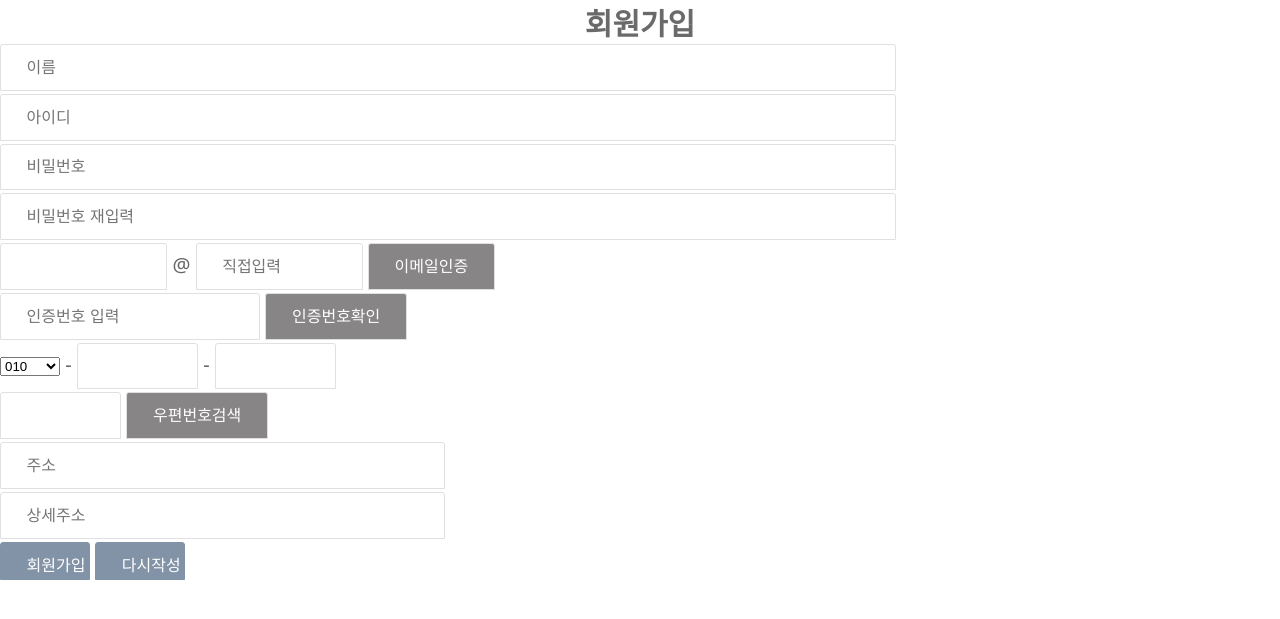
Repository: keepsus/gaebokchi
Page: http://localhost/uzuslime/member/memberWriteForm.jsp
An editor plug-in stored every save of this project. The page is shown before and after the next save, followed by the edit.
The browser window is 1280 px wide. The pictures show the whole page.
Some web fonts or font styles are not loaded; a fallback is used. The page is served by Tomcat 9. Nobody is signed in. The application's start-up code is not run. Other server files are loaded and not shown.

Above is the page before, as saved 2021-02-12 11:05:28.

### uzuslime/src/main/webapp/member/memberWriteForm.jsp
<%@ page language="java" contentType="text/html; charset=UTF-8"
    pageEncoding="UTF-8"%>

    <link rel="stylesheet" href="/slime/css/memberWriteForm.css">
    <link rel="preconnect" href="https://fonts.gstatic.com">
    <link href="https://fonts.googleapis.com/css2?family=Raleway:ital,wght@0,200;0,300;0,400;0,500;1,300;1,400&display=swap" rel="stylesheet">


<form name="memberWriteForm" method="post" action="/slime/member/write">
	<div>
	    <h2 class="modal-header" style="text-align:center; color:rgba(63, 62, 62, 0.774);;">회원가입</h2>
	</div>


	<article name="memberSignUpForm" class="signUpForm" >
	    <div class="input-text">
	        <input type="text" id="member_name" name="member_name" size="25" placeholder="이름" autocomplete=”off”>
	        <div id="nameDiv"></div>
	    </div>


	    <div class="input-text">
	        <input type="text" class="member_id" id="member_id" name="member_id" size="25" placeholder="아이디" autocomplete=”off”>
	        <input type="hidden" id="check" value="">
	      <div id="idDiv"></div>

	    </div>


	    <div class="input-text">
	        <input type="password" class="sign-pwd" name="member_pw" size="25" placeholder="비밀번호">
	        <div id="pwdDiv"></div>
	    </div>


	    <div class="input-text">
	        <input type="password" class="sign-repwd" name="repw" size="25" placeholder="비밀번호 재입력">
	        <div id="repwdDiv"></div>
	    </div>


	    <div class="signUp-email-form">
	        <input type="text" class="sign-email1" id="email1" name="email1" size="10">
	        @
	        <input type="email" class="sign-email2" list="email2" id="email2" name="email2"  placeholder="직접입력" size="10">
	        <datalist id="email2">
	            <option value="gmail.com">
	            <option value="naver.com">
	            <option value="hanmail.net">
	        </datalist>
	        <input type="button" id="emailBtn" name="emailBtn" class="emailBtn" value="이메일인증"><br>
	         <input type="text" class="checkEmail" id="checkEmail" name="checkEmail" placeholder="인증번호 입력" autocomplete=”off”>
	         <input type="hidden" id="checkEmailR" value="">
	        <input type="button" id="emailCheckBtn" class="emailCheckBtn" value="인증번호확인" ><br>
	    </div>
		<div id="emailDiv"></div>

	    <div class="signUp-phone-form">
	        <select name="tel1" class="sign-tel1" style="width: 60px;">
	            <option value="010">010
	            <option value="011">011
	            <option value="019">019
	        </select>
	         -
	         <input type="text" class="sign-tel2" name="tel2" size="5">
	         -
	         <input type="text" class="sign-tel3" name="tel3" size="5">
	    </div>


	    <div class="signUp-address-form">
	        <input type="text" class="sign-post" id="postcode" name="zipcode" size="5" readonly>
	        <input type="button" id="checkPostBtn" class="checkPostBtn" value="우편번호검색"><br>
	        <input type="text" class="sign-address" id="address" name="addr1" size="40"  readonly placeholder="주소"><br>
	        <input type="text" class="sign-detail" id="detailAddress" name="addr2" size="40" placeholder="상세주소">
	    </div>


	    <div class="signUp-btn-box">
	        <input type="button" id="writeBtn" class="writeBtn" value="회원가입">
	        <input type="reset" value="다시작성">
	    </div>
	</article>

	<input type="hidden" name="email_key" value="0">
	<input type="hidden" name="admin_yn" value="0">

</form>
<script type="text/javascript" src="https://code.jquery.com/jquery-3.5.1.min.js"></script>
<script type="text/javascript" src="/slime/js/member.js?ver=1"></script>

### uzuslime/src/main/webapp/css/memberWriteForm.css
@charset "UTF-8";
* {
    margin: 0px;
    padding: 0px;
    box-sizing: border-box;
}

html {
    background-color: #fff;
    color: rgba(85, 85, 85, 0.897);
    font-family: 'Raleway','Noto Sans Korean','Apple SD Gothic Neo', 'Malgun Gothic','Nanum Gothic', 'Noto Sans','sans-serif';
    font-weight: 300px;
    font-size: 20px;
    text-rendering: optimizeLegibility;
    /* 반응형 웹사이트를 만드려고 기준으로 두었다. 폰트사이즈를 20px을 기본으로 주면 다른 태그에서 %를 사용해서 변경해주면
    폰트 사이즈를 바꿔줄때마다 웹사이트의 폰트 사이즈가 자동으로 바뀔 것이다. */
}

.modal-header{
	margin-botton: 8%;

}

.memberSignUpForm{
	text-align: center;
}

.input-text input{
    width: 70%;
    padding: 1% 2%;
    line-height: 1.2;
    border-radius: 3px 3px 0 0;
    border: 1px solid #e0e0e0;
    font-size: 80%;
    margin-bottom: 3px;
}

.emailBtn,.emailCheckBtn,.checkPostBtn{
    background-color: #fff;
    color: rgba(85, 85, 85, 0.897);
    border: 1px solid #e0e0e0;
    text-decoration: none;
    cursor: pointer;
    border-radius: 3px 3px 0 0;
}

.emailBtn,.emailCheckBtn,.checkPostBtn,.writeBtn:hover{
    transition: 0.4s;
    background-color: rgba(78, 76, 76, 0.678);
    color: white;
}

.signUp-email-form input {
	padding: 1% 2%;
    line-height: 1.2;
    border-radius: 3px 3px 0 0;
    border: 1px solid #e0e0e0;
    font-size: 80%;
    margin-bottom: 3px;
}

.signUp-phone-form input {
	padding: 1% 2%;
    line-height: 1.2;
    border-radius: 3px 3px 0 0;
    border: 1px solid #e0e0e0;
    font-size: 80%;
    margin-bottom: 3px;
}

.signUp-address-form input {
	padding: 1% 2%;
    line-height: 1.2;
    border-radius: 3px 3px 0 0;
    border: 1px solid #e0e0e0;
    font-size: 80%;
    margin-bottom: 3px;
}

.signUp-btn-box input{
	padding: 1% 2%;
    line-height: 1.2;
    border-radius: 3px 3px 0 0;
    border: 1px solid #8393a7;
    background-color: #8393a7;
    font-size: 80%;
    color :white;
    margin-bottom: 3px;
    width: 90px;
    height:38px;
    cursor:pointer;
}

### uzuslime/src/main/webapp/js/member.js
//로그인
$('#loginBtn').click(function(){
	$('#loginIdDiv').empty();
	$('#loginPwdDiv').empty();

	if($('#loginId').val()==''){
		$('#loginIdDiv').text('아이디를 입력')
						.css('color','red')
						.css('font-size','8pt')
						.css('font-weight','bold');

	}else if($('#loginPwd').val()==''){
		$('#loginPwdDiv').text('비밀번호를 입력')
						 .css('color','red')
						 .css('font-size','8pt')
						 .css('font-weight','bold');
	}else{
		$.ajax({
			type : 'post',
			url: '/slime/member/login',
			data: {'member_id': $('#loginId').val(), 'pwpwpw': $('#loginPwd').val()},

			dataType: 'text',
			success: function(data){
				if(data == 'success'){
					location.href = '/slime/index.jsp';

				}else if(data == 'fail'){

					alert('잘못된 정보입니다. 다시 입력해주세요.');
				}
			},//success
			error: function(err){
				console.log(err);
			}//error

		});//ajax
	}//else
});//click

//회원가입
$('#writeBtn').click(function(){
	$('#nameDiv').empty();
	$('#idDiv').empty();
	$('#pwdDiv').empty();
	$('#repwdDiv').empty();
	$('#emailDiv').empty();
	var idReg = /^[A-za-z0-9]/g;
	//아이디 한글못넣게 하는 것
	//[영문 대문자 또는 소문자로 시작하는 아이디, 끝날때 제한 없음]

	//if($('#name').val()==''){ -> 방법 1
	//if($('input[id=member_name]').val()==''){ -> 방법 2
	//id 속성이용은 2가지 방법 모두 가능
	if($('input[id=member_name]').val()==''){
		$('#nameDiv').text('이름을 입력하세요');
		$('#nameDiv').css('color','red');
		$('#nameDiv').css('font-size','8pt');
		$('#nameDiv').css('font-weight','bold');

	}else if($('#member_id').val()==''){	//id 속성이용
		$('#idDiv').text('아이디를 입력하세요');
		$('#idDiv').css('color','red');
		$('#idDiv').css('font-size','8pt');
		$('#idDiv').css('font-weight','bold');

	}else if( !idReg.test( $("input[id=member_id]").val() ) ){
		$('#idDiv').text('아이디는 영문자로 시작하는 6~20자 영문자 또는 숫자이어야 합니다.');
		$('#idDiv').css('color','red');
		$('#idDiv').css('font-size','8pt');
		$('#idDiv').css('font-weight','bold');

	}else if($('input[name=member_pw]').val()==''){
		$('#pwdDiv').text('비밀번호를 입력하세요')
		$('#pwdDiv').css('color','red')
		$('#pwdDiv').css('font-size','8pt')
		$('#pwdDiv').css('font-weight','bold');

	}else if($('input[name=repw]').val() != $('input[name=member_pw]').val()){
		$('#repwdDiv').text('비밀번호가 맞지 않습니다')
		$('#repwdDiv').css('color','red')
		$('#repwdDiv').css('font-size','8pt')
		$('#repwdDiv').css('font-weight','bold');

	}else if($('#member_id').val() != $('#check').val()){
		$('#idDiv').text('중복체크 하세요')
		$('#idDiv').css('color','red')
		$('#idDiv').css('font-size','8pt')
		$('#idDiv').css('font-weight','bold');

	}else if($('input[name=email1]').val()==''||$('input[name=email2]').val()==''){
		$('#emailDiv').text('이메일을 입력하세요')
		$('#emailDiv').css('color','red')
		$('#emailDiv').css('font-size','8pt')
		$('#emailDiv').css('font-weight','bold');

	}else{
		$('form[name=memberWriteForm]').submit();
	}
});

//중복 아이디 체크
$('#member_id').focusout(function(){
	if($('#member_id').val()==''){
		$('#idDiv').text('먼저 아이디를 입력하세요')
		$('#idDiv').css('color','magenta')
		$('#idDiv').css('font-size','8pt')
		$('#idDiv').css('font-weight','bold');

	}else{
		$.ajax({
			type: 'post',
			url: '/slime/member/checkId',
			data: 'member_id='+$('#member_id').val(),
			dataType: 'text',
			success: function(data){
				if(data == 'exist'){
					$('#idDiv').text('사용 불가능')
					$('#idDiv').css('color','magenta')
					$('#idDiv').css('font-size','8pt')
					$('#idDiv').css('font-weight','bold');

				}else if(data == 'non_exist'){
					$('#check').val($('#member_id').val());

					$('#idDiv').text('사용 가능')
					$('#idDiv').css('color','blue')
					$('#idDiv').css('font-size','8pt')
					$('#idDiv').css('font-weight','bold');
				}
			}
		});
	}
});

//우편번호
$('#checkPostBtn').click(function(){
	window.open("/slime/member/memberCheckPost", "zipcode", "width=700 height=500 scrollbars=yes");
});

$('#checkPostSearchBtn').click(function(){
	$.ajax({
		type: 'post',
		url: '/slime/member/checkPostSearch',
		data: $('#memberCheckPostForm').serialize(),	//serialize : '변수=값&변수=값'
		dataType: 'json',
		success: function(data){
			//alert(JSON.stringify(data));

			$('#checkPostTable tr:gt(2)').remove();

			$.each(data.list, function(index, items){
				var address = items.sido+' '
							+ items.sigungu+' '
							+ items.yubmyundong+' '
							+ items.ri+' '
							+ items.roadname+' '
							+ items.buildingname;

				address = address.replace(/null/g, '');

				$('<tr/>').append($('<td/>',{
					align: 'center',
					text: items.zipcode

				})).append($('<td/>',{
					colspan: '3',
					}).append($('<a/>',{
						href: '#',
						id: 'addressA',
						text: address
					}))
				).appendTo($('#checkPostTable'));
			});//each

			$('a').click(function(){
				//alert($(this).prop('tagName'));
				//alert($(this).parent().prev().text());

				$('#postcode', opener.document).val($(this).parent().prev().text());
				$('#address', opener.document).val($(this).text());
				$('#detailAddress', opener.document).focus();
				window.close();
			});
		},
		error: function(err){
			console.log(err);
		}
	});
});

//회원정보수정
$('#modifyBtn').click(function(){
	$('#nameDiv').empty();
	$('#pwdDiv').empty();
	$('#repwdDiv').empty();

	if($('#member_name').val()==''){
		$('#nameDiv').text('이름을 입력하세요');
		$('#nameDiv').css('color','red');
		$('#nameDiv').css('font-size','8pt');
		$('#nameDiv').css('font-weight','bold');

	}else if($('input[name=member_pw]').val()==''){
		$('#pwdDiv').text('비밀번호를 입력하세요')
		$('#pwdDiv').css('color','red')
		$('#pwdDiv').css('font-size','8pt')
		$('#pwdDiv').css('font-weight','bold');

	}else if($('input[name=repw]').val() != $('input[name=member_pw]').val()){
		$('#repwdDiv').text('비밀번호가 맞지 않습니다')
		$('#repwdDiv').css('color','red')
		$('#repwdDiv').css('font-size','8pt')
		$('#repwdDiv').css('font-weight','bold');

	}else{
		$.ajax({
			type: 'post',
			url: '/slime/member/modify',
			data: $('#memberModifyForm').serialize(),	//serialize : '변수=값&변수=값'
			success: function(){
				alert('회원정보수정 완료');
				location.href='/slime/mypage/myPageOrder.jsp';
			},
			error: function(err){
				console.log(err);
			}
		});
	}
});

//아이디 찾기
$('#searchBtn').click(function(){
	$.ajax({
		type: 'post',
		url: '/slime/member/memberIdSearch',
		data: $('#memberSearch').serialize(),
		dataType: 'text',
		success: function(data){
			alert("회원님의 ID는 "+data+" 입니다");
			location.href='/slime/index.jsp';
		},
		error: function(err){
			alert("틀린 정보입니다. 다시 확인해주세요.")
			console.log(err);
		}
	});
});


//이메일 인증 보내기
$('#emailBtn').click(function(){
	$('#emailDiv').empty();
	if($('input[name=email1]').val()==''||$('input[name=email2]').val()==''){
		$('#emailDiv').text('이메일을 입력하세요');
		$('#emailDiv').css('color','red');
		$('#emailDiv').css('font-size','8pt');
		$('#emailDiv').css('font-weight','bold');

	}else{
		$.ajax({
			type: 'post',
			url: '/slime/member/sendEmail',
			data: 'e_mail='+$('#email1').val()+'@'+$('#email2').val(),
			dataType: 'json',
			success: function(data){
				$('#emailDiv').text('이메일이 발송되었습니다. 인증번호를 입력헤주세요');
				$('#emailDiv').css('color','red');
				$('#emailDiv').css('font-size','8pt');
				$('#emailDiv').css('font-weight','bold');
				console.log('이메일 data ='+ JSON.stringify(data));//data가 들어오는것인가?이상한게 찍힌다.
				$('#checkEmailR').val(data.dice);//받은 인증번호를 jsp에 있는 hidden 속성에 넣어주기
			},
			error: function(err){
				console.log(err);
			}
		});
	}

});


//이메일 인증번호 확인
$('#emailCheckBtn').click(function(){
	$('#emailDiv').empty();

	if($('input[id=checkEmail]').val()==''){
		$('#emailDiv').text('이메일 인증번호를 입력해주세요 ')
		$('#emailDiv').css('color','magenta')
		$('#emailDiv').css('font-size','8pt')
		$('#emailDiv').css('font-weight','bold');

	}else{
		if
		(document.getElementById('checkEmail').value == document.getElementById('checkEmailR').value){
			$('#emailDiv').text('인증되었습니다.')
			$('#emailDiv').css('color','magenta')
			$('#emailDiv').css('font-size','8pt')
			$('#emailDiv').css('font-weight','bold');
		}else if
		(document.getElementById('checkEmail').value != document.getElementById('checkEmailR').value){
			$('#emailDiv').text('인증번호가 맞지 않습니다.')
			$('#emailDiv').css('color','magenta')
			$('#emailDiv').css('font-size','8pt')
			$('#emailDiv').css('font-weight','bold');
		}
	}

});

After the next save:
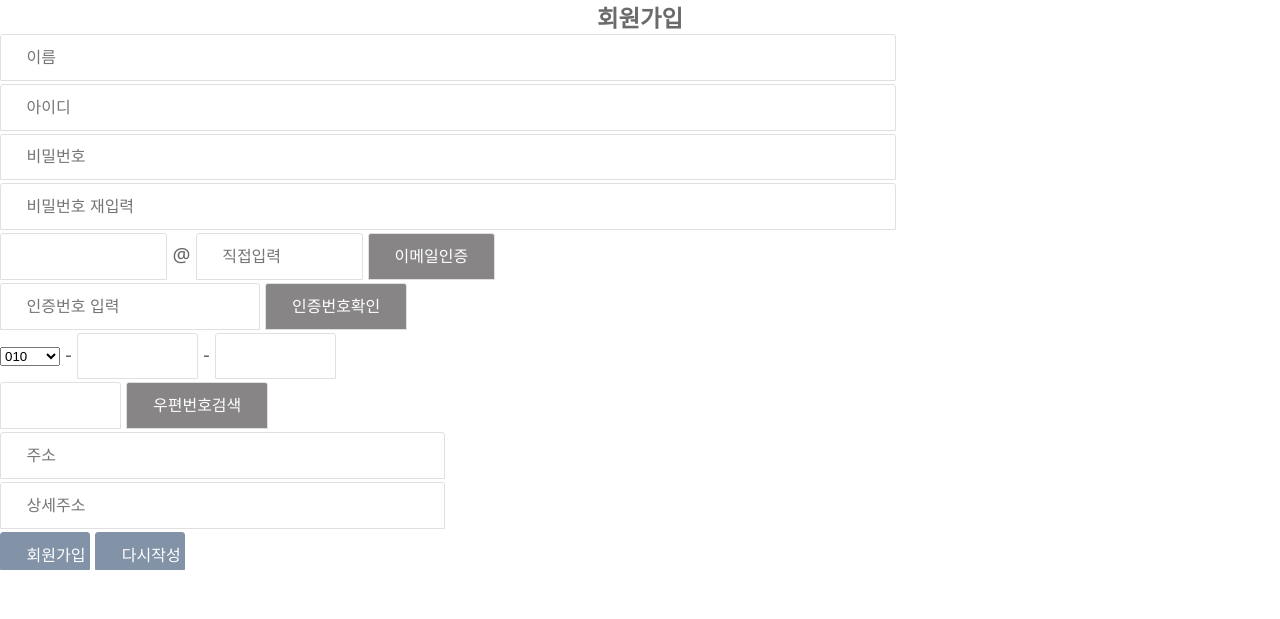
Saved 24 s later.
--- a/uzuslime/src/main/webapp/member/memberWriteForm.jsp
+++ b/uzuslime/src/main/webapp/member/memberWriteForm.jsp
@@ -8,7 +8,7 @@
 
 <form name="memberWriteForm" method="post" action="/slime/member/write">
 	<div>
-	    <h2 class="modal-header" style="text-align:center; color:rgba(63, 62, 62, 0.774);;">회원가입</h2>
+	    <h3 class="modal-header" style="text-align:center; color:rgba(63, 62, 62, 0.774);">회원가입</h3>
 	</div>
 
 
